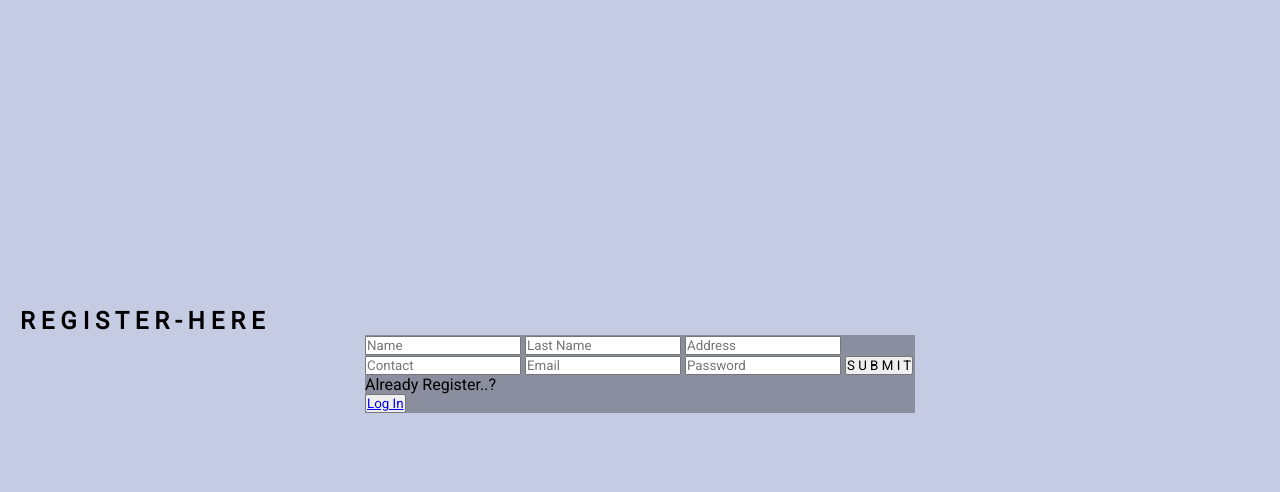
Repository: Krushna26nk/WebApplication
Page: http://localhost/Application/
An editor plug-in stored every save of this project. The page is shown before and after the next save, followed by the edit.
The browser window is 1280 px wide. The pictures show the whole page.
The page is served by Tomcat 9. Other server files are loaded and not shown.

Above is the page before, as saved 2019-05-31 13:16:16.

### web/Application/WebContent/RegisterData.jsp
<%@ page language="java" contentType="text/html; charset=UTF-8"
    pageEncoding="UTF-8"%>
<!DOCTYPE html PUBLIC "-//W3C//DTD HTML 4.01 Transitional//EN" "http://www.w3.org/TR/html4/loose.dtd">
<html>
<head>
<meta http-equiv="Content-Type" content="text/html; charset=UTF-8">
<link rel="stylesheet" type="text/css" href="Style.css">
<title>Insert title here</title>
</head>
<body bg="blur.jpg">
<div class="regDiv">
	<h2> R E G I S T E R - H E R E </h2>
<div class="formDiv">
	<form class="form" action="Registration" style="align:middle;">
				 <div class="inputFields">

					  	<input type="text" id="firstName" placeholder="Name" name="uname">

				 	  	<input type="text" id="lastName" placeholder="Last Name" name="lname">

				  	   	<input type="text" id="userAddress" placeholder="Address" name="address">

				  		<input type="number" id="contactNo" placeholder="Contact" name="contact">

				  		<input type="email" id="emailId" placeholder="Email" name="email">

				  		<input type="password" id="userPassword" placeholder="Password" name="pass">


		 	<input type="submit" value="S U B M I T">
		 </div>
	</form>
	<p> Already Register..?  </p>
		<button type="button"><a href="Login.jsp"> Log In </a></button>

</div>

</div>


<script type="text/javascript">
	var userFName = document.getElementById("firstName");
	var userLName = document.getElementById("lastName");
	var userAddr = document.getElementById("userAddress");
	var contct = document.getElementById("contactNo");
	var emailId = document.getElementById("emailId");
	var userPass = document.getElementById("userPassword");
</script>


</body>
</html>

### web/Application/WebContent/Style.css
@CHARSET "UTF-8";
@import url('https://fonts.googleapis.com/css?family=Roboto');
*{
	margin:0;
	padding:0;
	box-sizing: border-box;
	outline:none;
	font-family: 'Roboto', sans-serif;
}
body{
	background-color:#C5CBE3;
}

.regDiv{
	position:absolute;
	top:50%;
	transform:translateY(-50%);
	width:100%;
	padding:0px 20px;

}
.formDiv{
	max-width:550px;
	margin:0 auto;
	background:rgba(0,0,0,0.3);
}

After the next save:
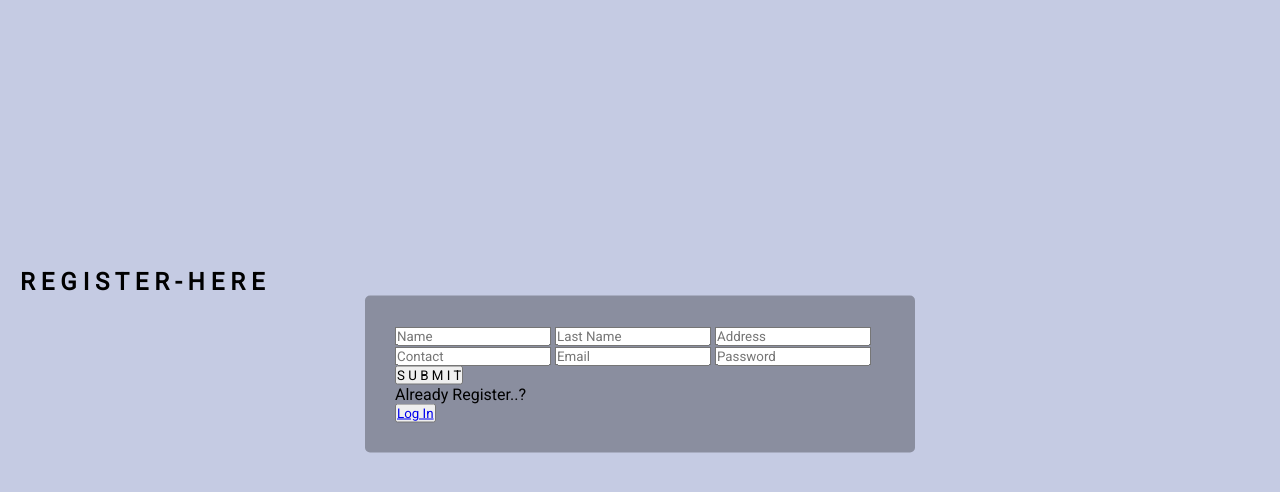
Saved 48 s later.
--- a/web/Application/WebContent/Style.css
+++ b/web/Application/WebContent/Style.css
@@ -23,4 +23,6 @@ body{
 	max-width:550px;
 	margin:0 auto;
 	background:rgba(0,0,0,0.3);
+	padding:30px;
+	border-radius:5px;
 }
